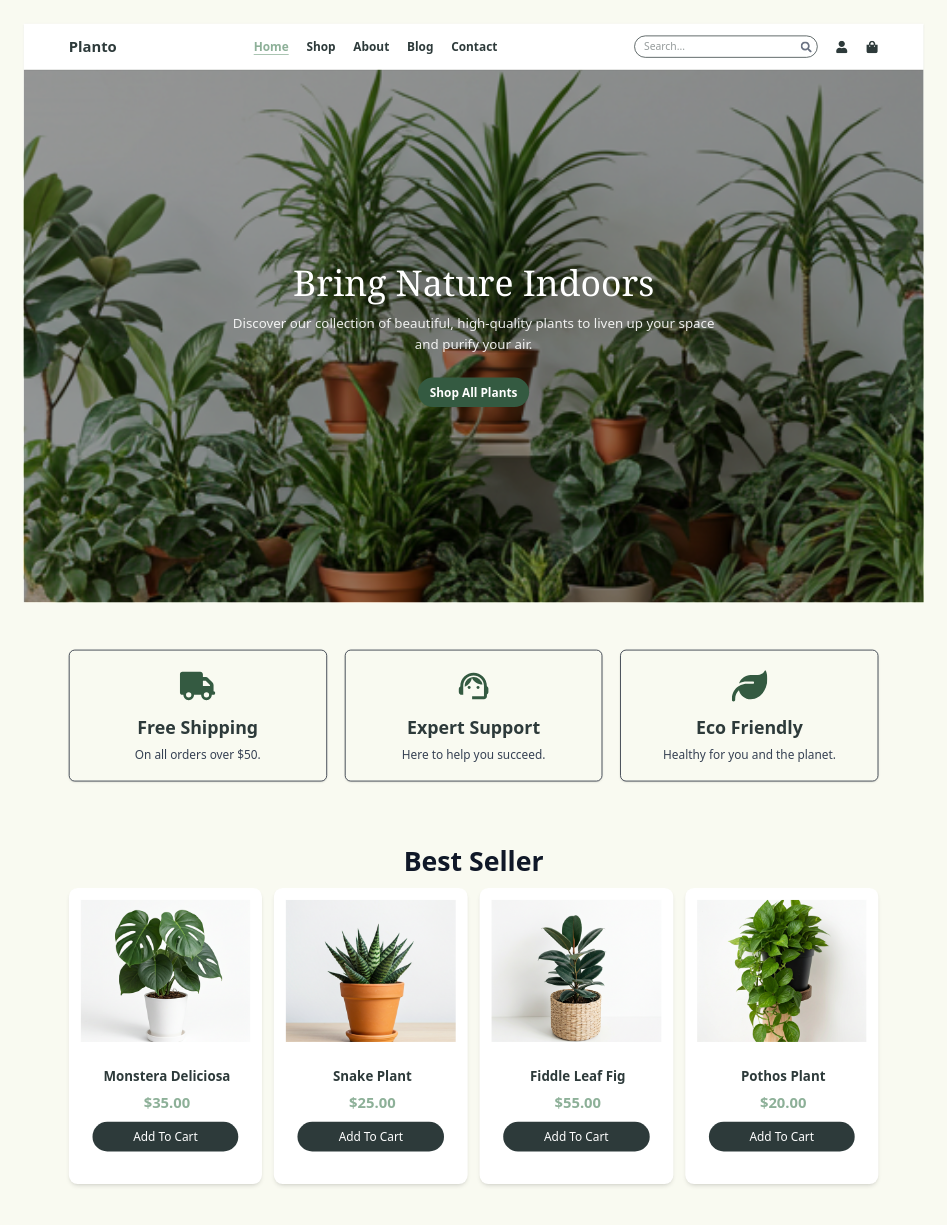
Repository: mazenessam99/Planto
Page: /
These files come from the project's save history. The page is drawn as it stood at one moment and after a run of saves; the edit follows.
The browser window is 1280 px wide. The pictures show the whole page, at 74% of full size.
The project was rebuilt for these pictures with package versions that can differ from the ones it lists, and the page was loaded fresh each time. Also part of the build but not shown: vite.config.js.

Above is the page before, as saved 2025-11-22 23:21:07.

After the next 2 saves:
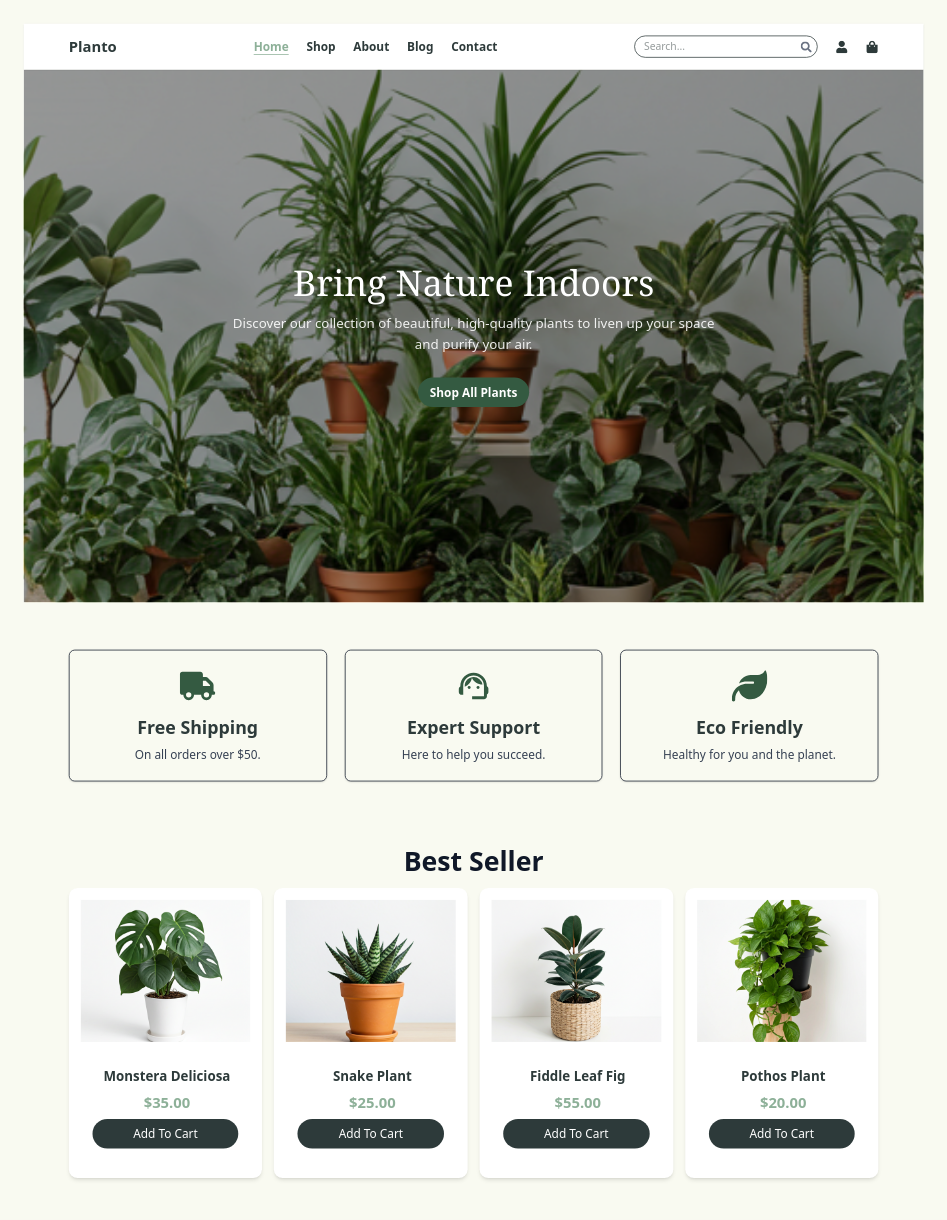
The 2 saves are shown as one change because they came seconds apart.
The last was saved 15 s later.
--- a/src/components/ui/ProductCard.jsx
+++ b/src/components/ui/ProductCard.jsx
@@ -10,7 +10,7 @@ const ProductCard = ({src,title,price,showButton=true,buttonText='Add To Cart'})
         <h3 className="mt-4 ms-1 text-lg font-semibold text-primary">{title}</h3>
       <p className="mt-2 ms-1 font-bold text-xl text-secondary">{price}</p>
       {showButton&&(
-        <Button className="my-3 ">
+        <Button className="my-2 ">
           {buttonText}
         </Button>
       )}
